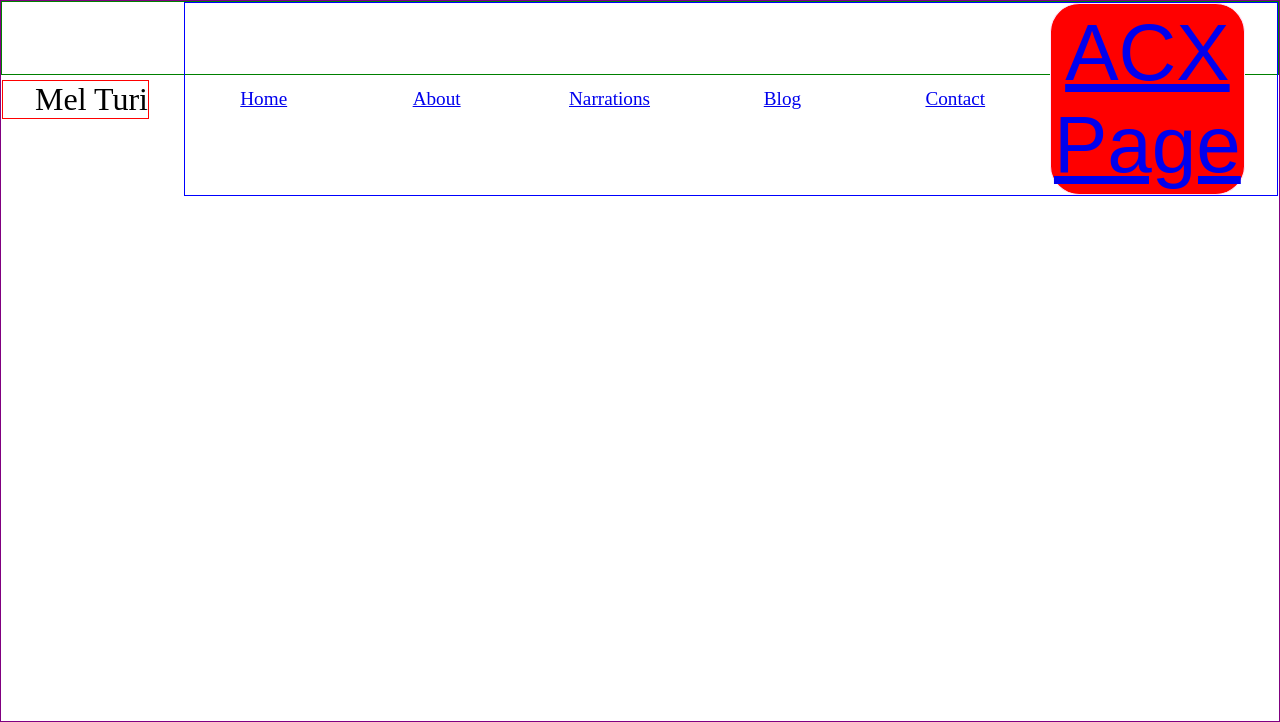
Repository: mel-turi/mel-turi-website
Page: /
An editor plug-in stored every save of this project. The page is shown before and after the next save, followed by the edit.
The browser window is 1280 px wide. The pictures show the whole page.
Some web fonts or font styles are not loaded; a fallback is used. The project was rebuilt for these pictures with package versions that can differ from the ones it lists, and the page was loaded fresh each time.

Above is the page before, as saved 2019-08-23 20:07:28.

### public/index.html
<!DOCTYPE html>
<html lang="en">
  <head>
    <meta charset="utf-8" />
    <link rel="shortcut icon" href="%PUBLIC_URL%/favicon.ico" />
    <meta name="viewport" content="width=device-width, initial-scale=1" />
    <meta name="theme-color" content="#000000" />
    <meta
      name="description"
      content="Web site created using create-react-app"
    />
    <link
      href="https://fonts.googleapis.com/css?family=Sail&display=swap"
      rel="stylesheet"
    />
    <link rel="apple-touch-icon" href="logo192.png" />

    <link rel="manifest" href="%PUBLIC_URL%/manifest.json" />

    <title>Mel Turi | Audible Narrator</title>
  </head>
  <body>
    <noscript>You need to enable JavaScript to run this app.</noscript>
    <div id="root"></div>
  </body>
</html>

### src/index.css
body {
  margin: 0;
  padding: 0;
  font-family: -apple-system, BlinkMacSystemFont, 'Segoe UI', 'Roboto', 'Oxygen',
    'Ubuntu', 'Cantarell', 'Fira Sans', 'Droid Sans', 'Helvetica Neue',
    sans-serif;
  -webkit-font-smoothing: antialiased;
  -moz-osx-font-smoothing: grayscale;
}

code {
  font-family: source-code-pro, Menlo, Monaco, Consolas, 'Courier New',
    monospace;
}

.wrapper {
  display: grid;
  grid-template-rows: 1fr 1fr 1fr;
  align-items: space-between;
  border: 1px solid purple;
  min-height: 100vh;
}

.nav-wrapper {
  font-family: 'Sail', cursive;
  font-size: 1.2rem;
  height: 10vh;
  display: grid;
  grid-template-columns: 1fr 6fr;
  align-items: center;
  justify-content: space-between;
  margin: 0;
  padding: 0;
  border: 1px solid green;
}

.title {
  font-size: 2rem;
  padding-left: 2rem;
  border: 1px solid red;
  justify-self: start;
}
.main-navigation {
  justify-self: end;
  padding-right: 2rem;
  border: 1px solid blue;
}
.main-navigation > ul {
  display: grid;
  grid-template-columns: 2fr 2fr 2fr 2fr 2fr 2fr;
  grid-column-gap: 1rem;
  justify-items: center;
  align-items: center;
  margin: 0;
  padding: 0;
  list-style-type: none;
}

.main-navigation > ul > li {
  justify-self: center;
}

.button {
  font-family: Arial, Helvetica, sans-serif;
  font-size: 5rem;
  border: 1px solid #ffe8fe;
  border-radius: 15%;
  background: red;
  padding: 0.2rem;
}

### src/App.js
import React from 'react';
import Footer from './Footer';
import Header from './Header';
import Content from './Content';
import './App.css';
import { BrowserRouter as Router, Switch, Route } from 'react-router-dom';

function App() {
  return (
    <Router>
      <div className='App'>
        <div className='wrapper'>
          <Header />
          <Content />
          <Footer />
        </div>
      </div>
    </Router>
  );
}

export default App;

### src/Footer.js
import React, { Component } from 'react';

export class Footer extends Component {
  render() {
    return <div></div>;
  }
}

export default Footer;

### src/Header.js
import React, { Component } from 'react';
import { Link } from 'react-router-dom';

export class Header extends Component {
  render() {
    return (
      <nav className='nav-wrapper'>
        <div className='title'>Mel Turi</div>
        <div className='main-navigation'>
          <ul>
            <li>
              <Link to='/home'>Home</Link>
            </li>
            <li>
              <Link to='/about'>About</Link>
            </li>
            <li>
              <Link to='/narrations'>Narrations</Link>
            </li>
            <li>
              <Link to='/blog'>Blog</Link>
            </li>
            <li>
              <Link to='/contact'>Contact</Link>
            </li>
            <div className='button nav-button'>
              <li>
                <a href='https://www.acx.com/narrator?p=AI0XTZMVU6YKG'>
                  ACX Page
                </a>
              </li>
            </div>
          </ul>
        </div>
      </nav>
    );
  }
}

export default Header;

### src/Content.js
import React, { Component } from 'react';

export class Content extends Component {
  render() {
    return <div></div>;
  }
}

export default Content;

Loaded but not shown: src/index.js (common file); src/App.css (common file)

After the next save:
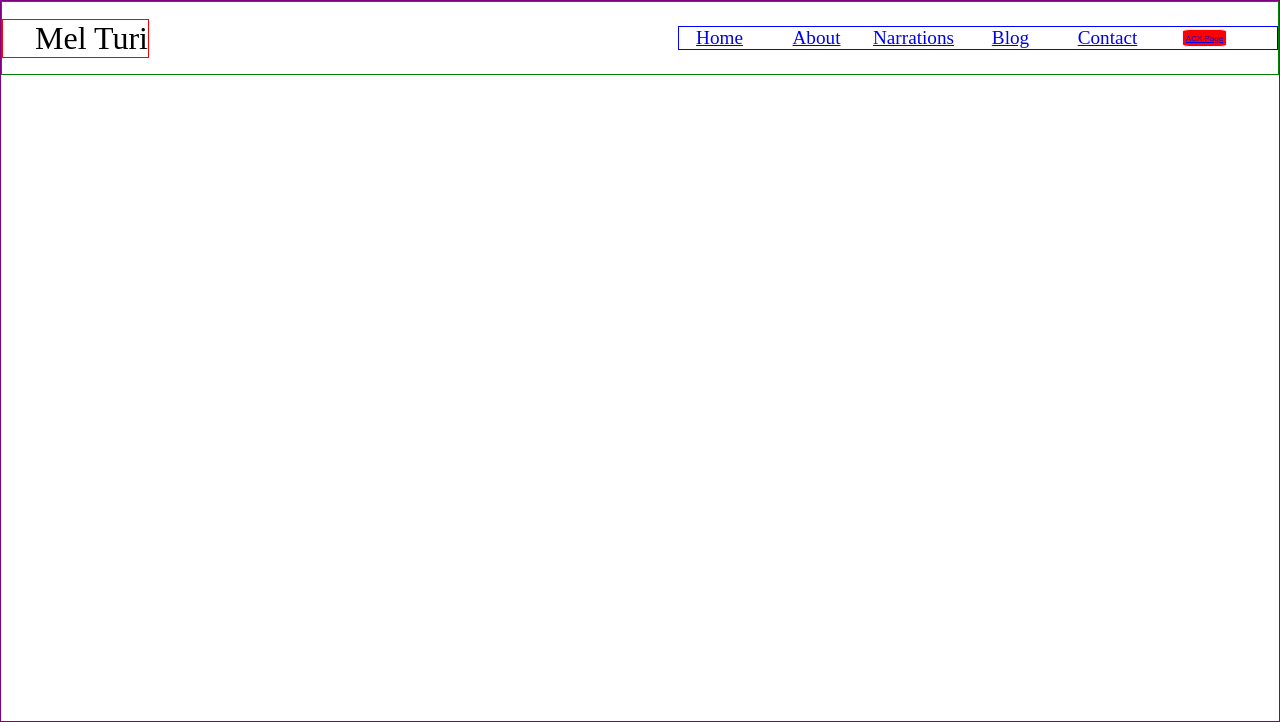
Saved 20 s later.
--- a/src/index.css
+++ b/src/index.css
@@ -62,7 +62,7 @@
 
 .button {
   font-family: Arial, Helvetica, sans-serif;
-  font-size: 5rem;
+  font-size: 0.5rem;
   border: 1px solid #ffe8fe;
   border-radius: 15%;
   background: red;
